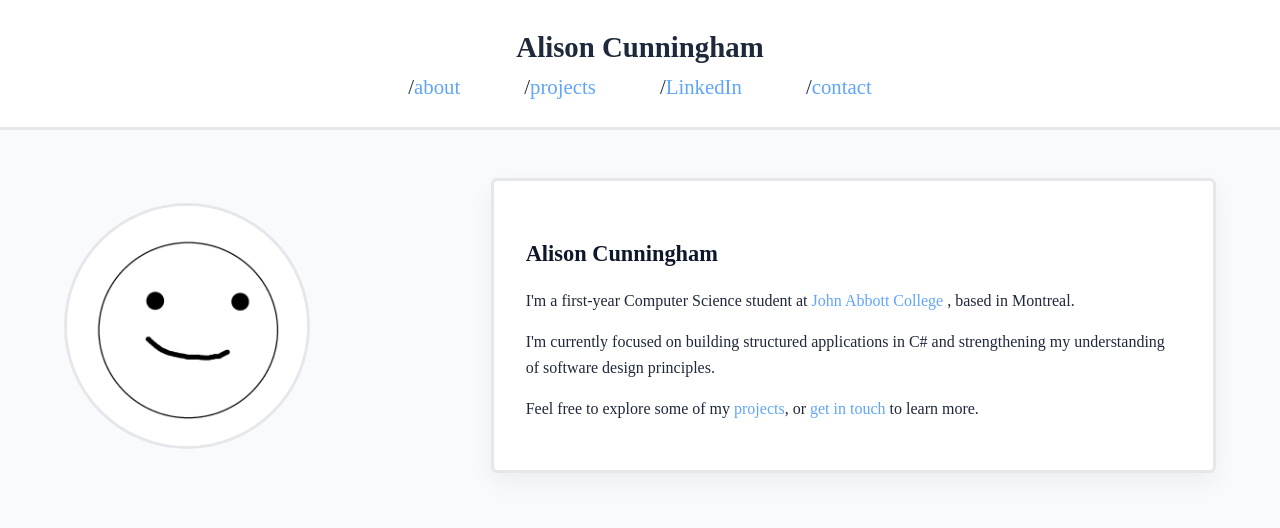
Repository: alison-cunningham/alison-cunningham
Page: index.html
An editor plug-in stored every save of this project. The page is shown before and after the next save, followed by the edit.
The browser window is 1280 px wide. The pictures show the whole page.
Some web fonts or font styles are not loaded; a fallback is used.

Above is the page before, as saved 2026-04-22 14:30:01.

After the next save:
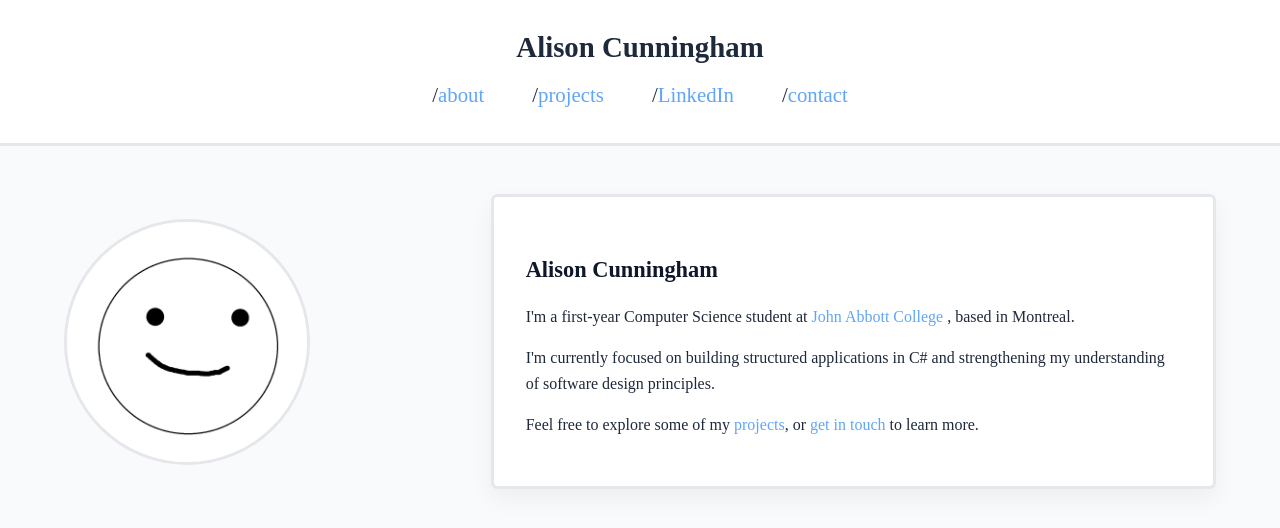
Saved 2 min 11 s later.
--- a/styles/index.css
+++ b/styles/index.css
@@ -20,7 +20,12 @@ header h1{
 
 .nav-bar{
     display: flex;
-    gap: 4rem;
+    gap: 3rem;
+
+    overflow-x: auto;
+    white-space:nowrap;
+
+    padding: 0.5rem 1rem;
 
     font-size: 1.3rem;
 }
